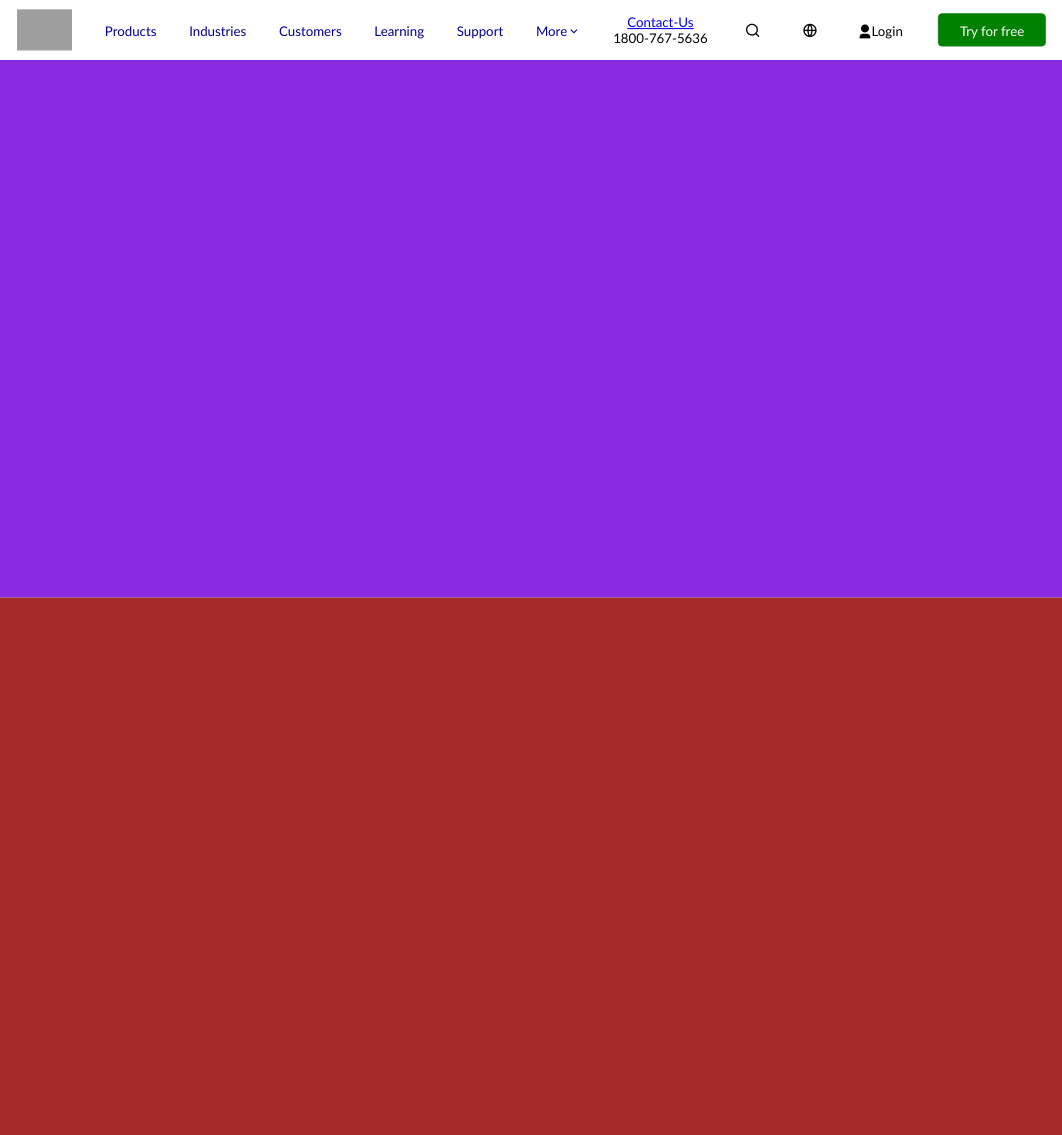
Repository: Chiranshukapil/html_css
Page: salesforce/index.html
The author's editor kept a copy of each file at every save. The page is drawn from the files as they stood at one save, then again after a run of saves.
The browser window is 1280 px wide. The pictures show the whole page, at 83% of full size.
Pictures or frames that could not be fetched are drawn as grey boxes.

Above is the page before, as saved 2024-06-10 00:18:14.

After the next 2 saves:
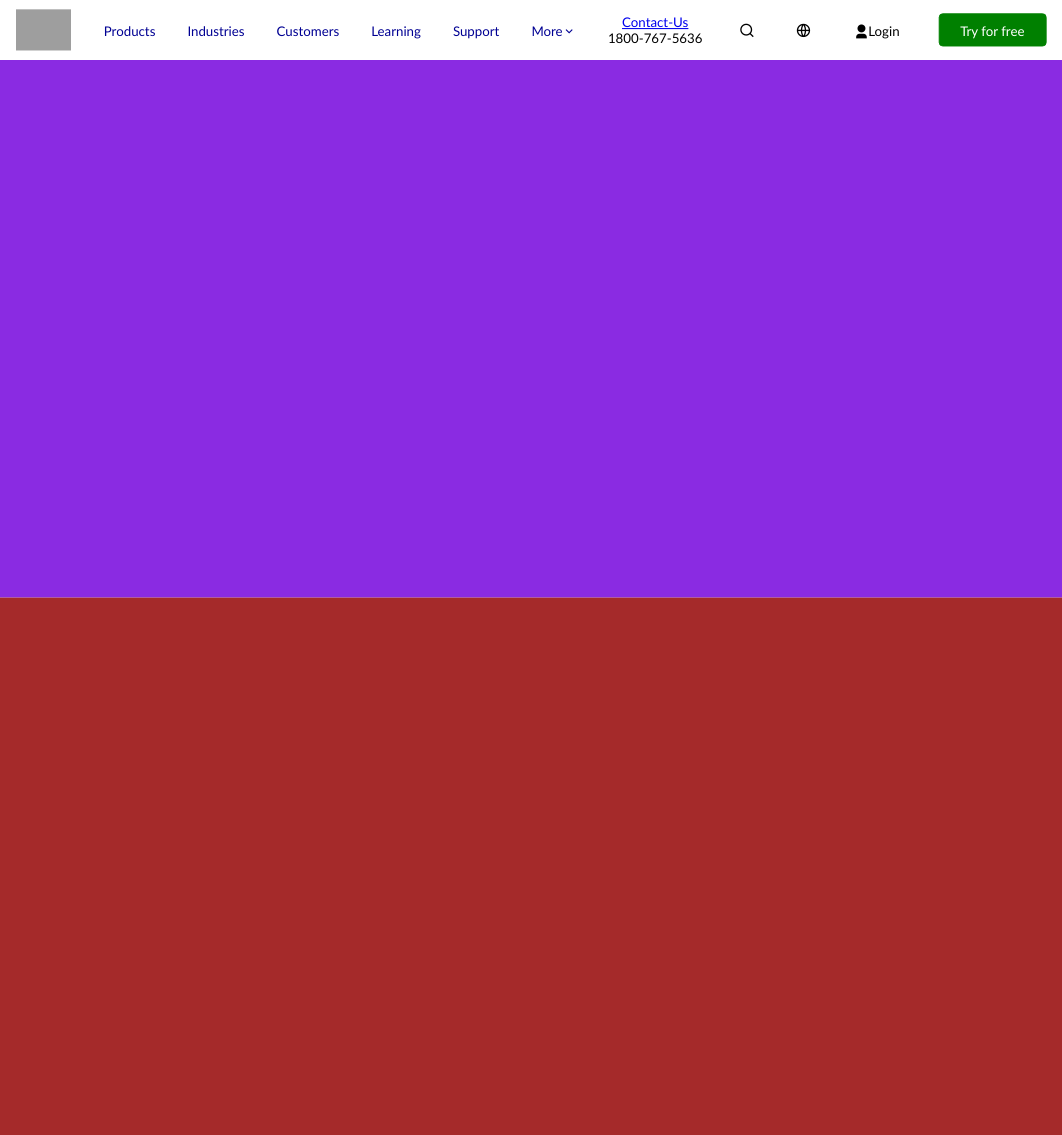
The 2 saves are shown as one change because they came seconds apart.
The last was saved 11 s later.
--- a/salesforce/style.css
+++ b/salesforce/style.css
@@ -60,8 +60,8 @@ html,body{
 }
 
 #login{
-    height: 3px;
-    width: 60px;
+    height: 30px;
+    width: 70px;
     display: flex;
     align-items: center;
     justify-content: center;
